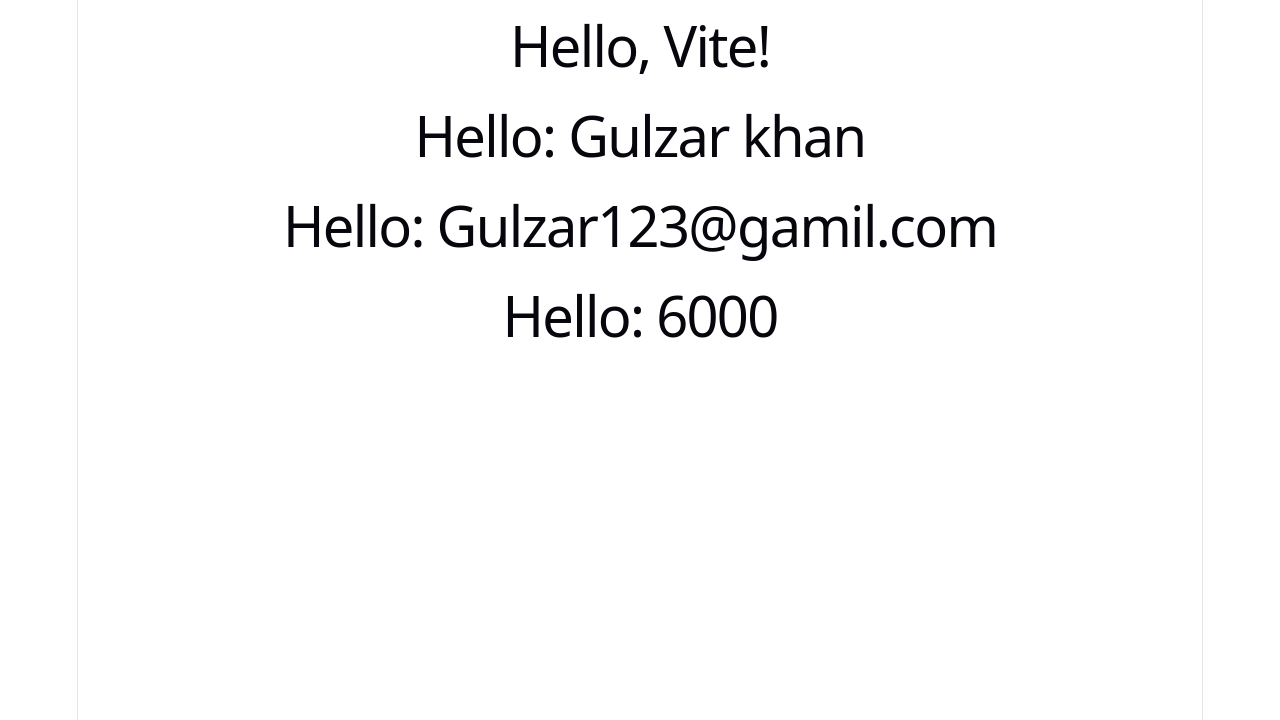
Repository: Gulzarokz/React_Course_Review
Page: / (app in vite-Project/)
An editor plug-in stored every save of this project. The page is shown before and after the next save, followed by the edit.
The browser window is 1280 px wide. The pictures show the whole page.
The project was rebuilt for these pictures with package versions that can differ from the ones it lists, and the page was loaded fresh each time. Also part of the build but not shown: vite-Project/vite.config.js, vite-Project/src/App.css, vite-Project/src/stateInFunctionalComponent.jsx.

Above is the page before, as saved 2026-04-16 23:20:20.

After the next save:
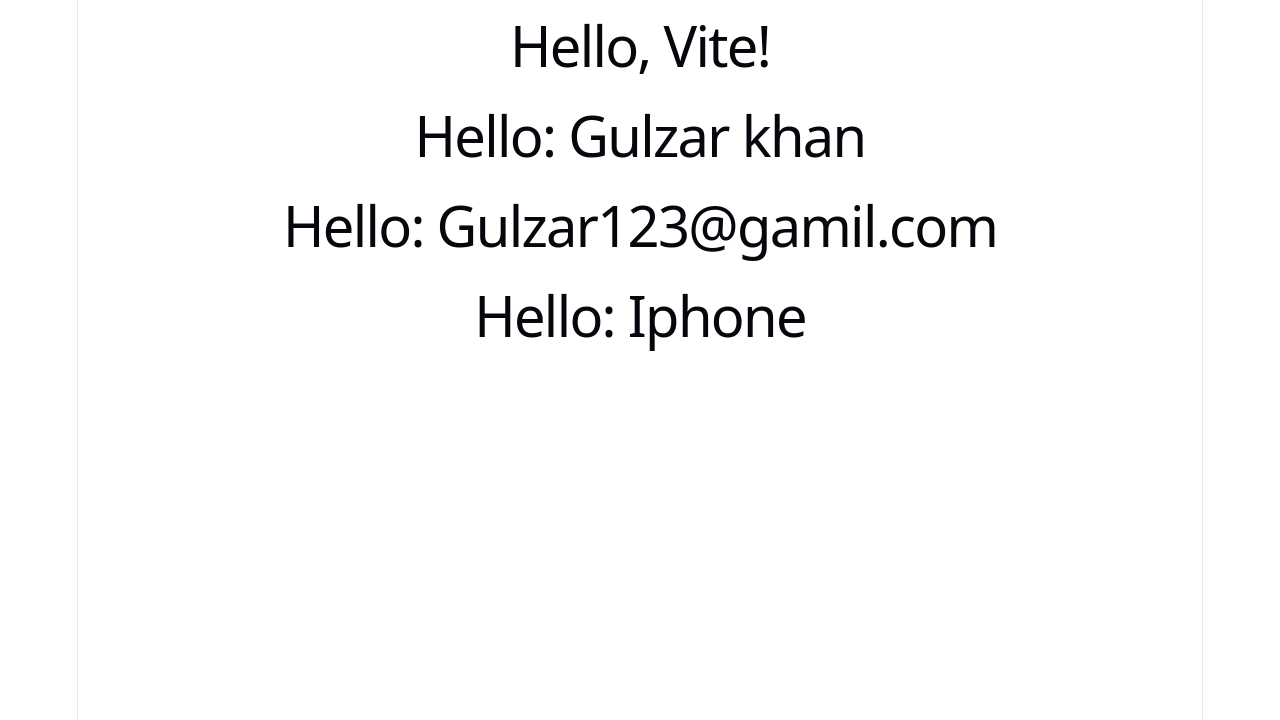
Saved 49 s later.
--- a/vite-Project/src/Props.jsx
+++ b/vite-Project/src/Props.jsx
@@ -3,7 +3,7 @@
         <>
             <h1>Hello: {Props.name}</h1>
             <h1>Hello: {Props.gmail}</h1>
-            <h1>Hello: {Props.info.salary}</h1>
+            <h1>Hello: {Props.info.salary && Props.info.mobile}</h1>
 
         </>
     )
